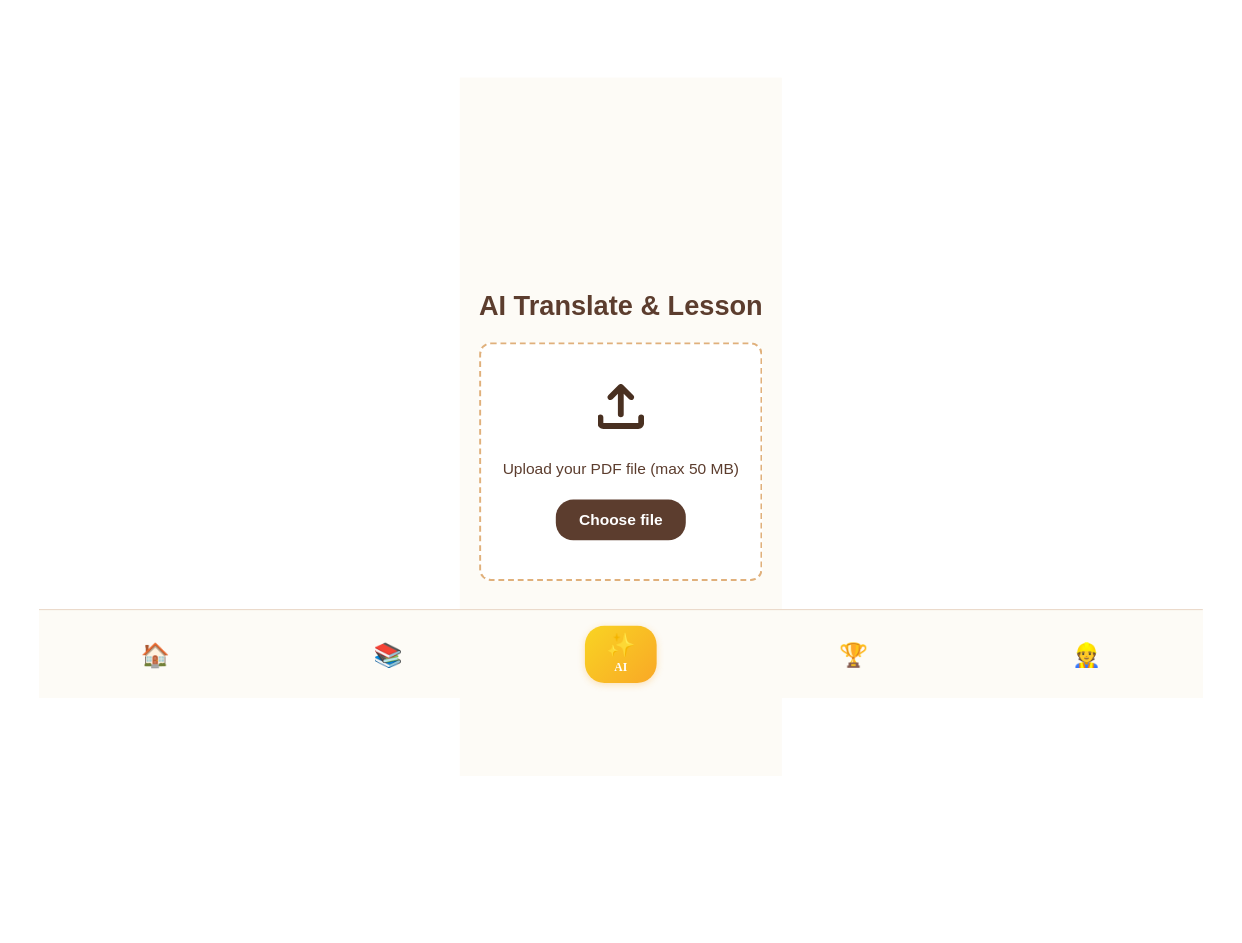
Repository: richelletiongson/Jargon_FrontendShowcase
Page: / (app in jargon_frontend/)
These files come from the project's save history. The page is drawn as it stood at one moment and after a run of saves; the edit follows.
The browser window is 1280 px wide. The pictures show the whole page, at 97% of full size.
The project was rebuilt for these pictures with package versions that can differ from the ones it lists, and the page was loaded fresh each time. Also part of the build but not shown: jargon_frontend/vite.config.js, jargon_frontend/src/index.css, jargon_frontend/src/home_pages/Home.jsx, jargon_frontend/src/course_pages/Course.jsx, jargon_frontend/src/charts_pages/Charts.jsx, jargon_frontend/src/profile_pages/Profile.jsx.

Above is the page before, as saved 2025-10-22 14:27:51.

After the next 2 saves:
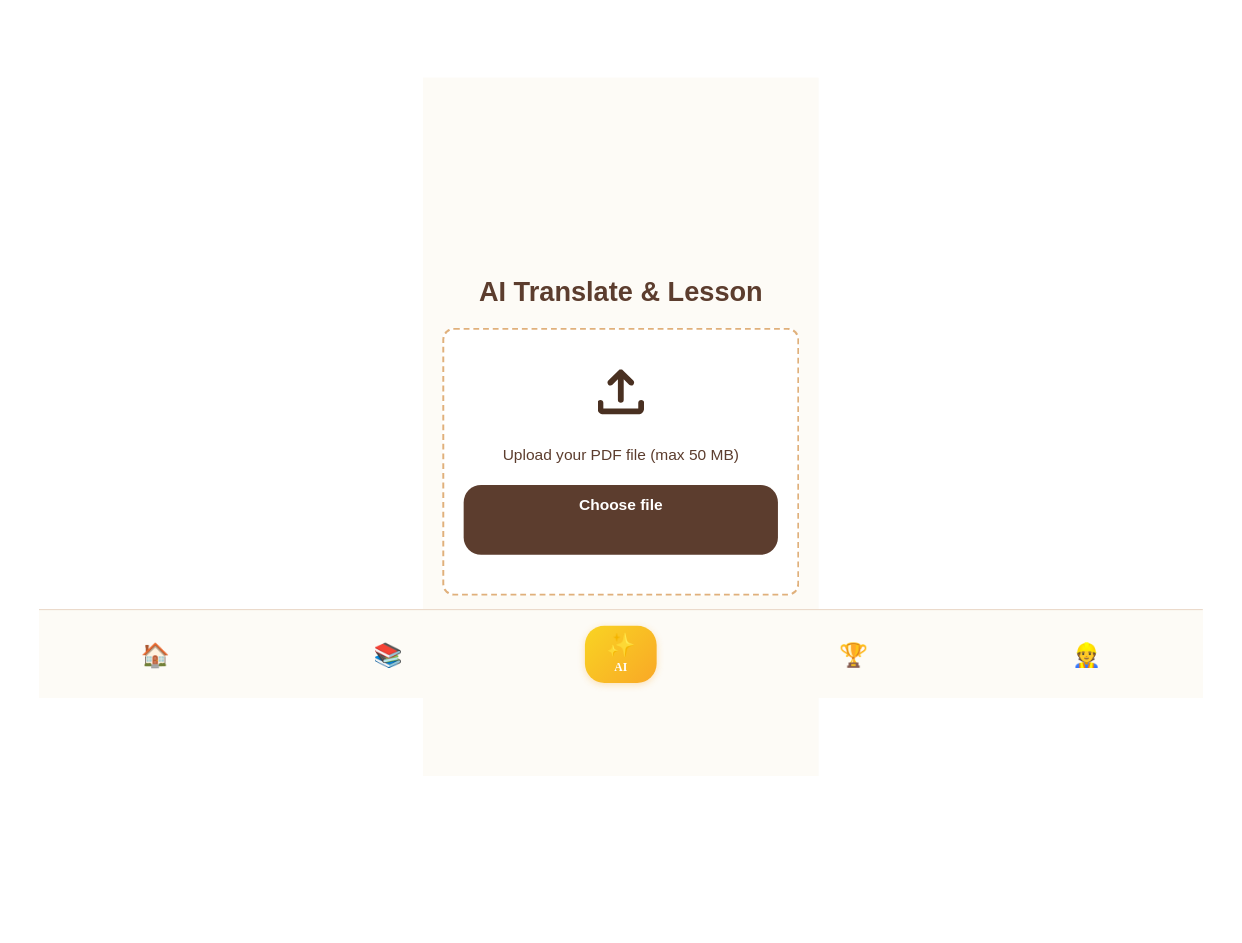
The 2 saves are shown as one change because they came seconds apart.
The last was saved 2 min 56 s later.
--- a/jargon_frontend/src/ai_pages/AI.css
+++ b/jargon_frontend/src/ai_pages/AI.css
@@ -66,10 +66,8 @@
   border: none;
   font-size: 16px;
   font-weight: 600;
-  cursor: pointer;
-  transition: background-color 0.3s ease;
-  text-decoration: none;
-  display: inline-block;
+  width: 276px;
+  height: 48px;
 }
 
 .choose-file-btn:hover {
